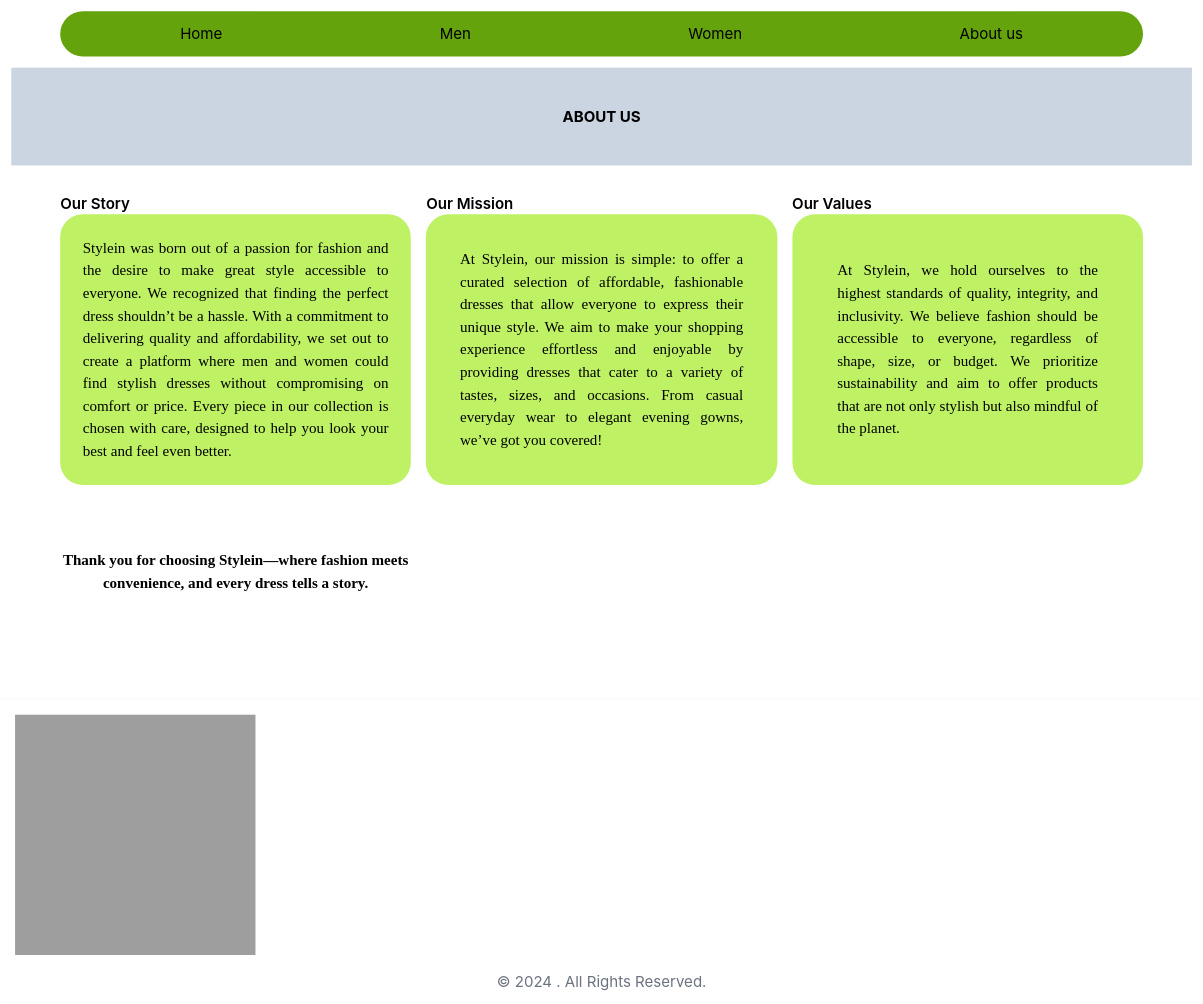
Repository: Mohankkanth/StyleIn_ShoppingSite
Page: /AboutUs
These files come from the project's save history. The page is drawn as it stood at one moment and after the next save; the edit follows.
The browser window is 1280 px wide. The pictures show the whole page, at 94% of full size.
Pictures or frames that could not be fetched are drawn as grey boxes. The project was rebuilt for these pictures with package versions that can differ from the ones it lists, and the page was loaded fresh each time. Also part of the build but not shown: vite.config.js, src/component/Home/Home.jsx, src/component/api/MenProducts.jsx, src/component/Men/Men.jsx, src/component/Women/Women.jsx, src/component/api/KidsProducts.jsx, src/component/Kids/Kids.jsx, src/component/Errorpage/Errorpage.jsx and 18 more.

Above is the page before, as saved 2024-11-23 14:05:53.

After the next save:
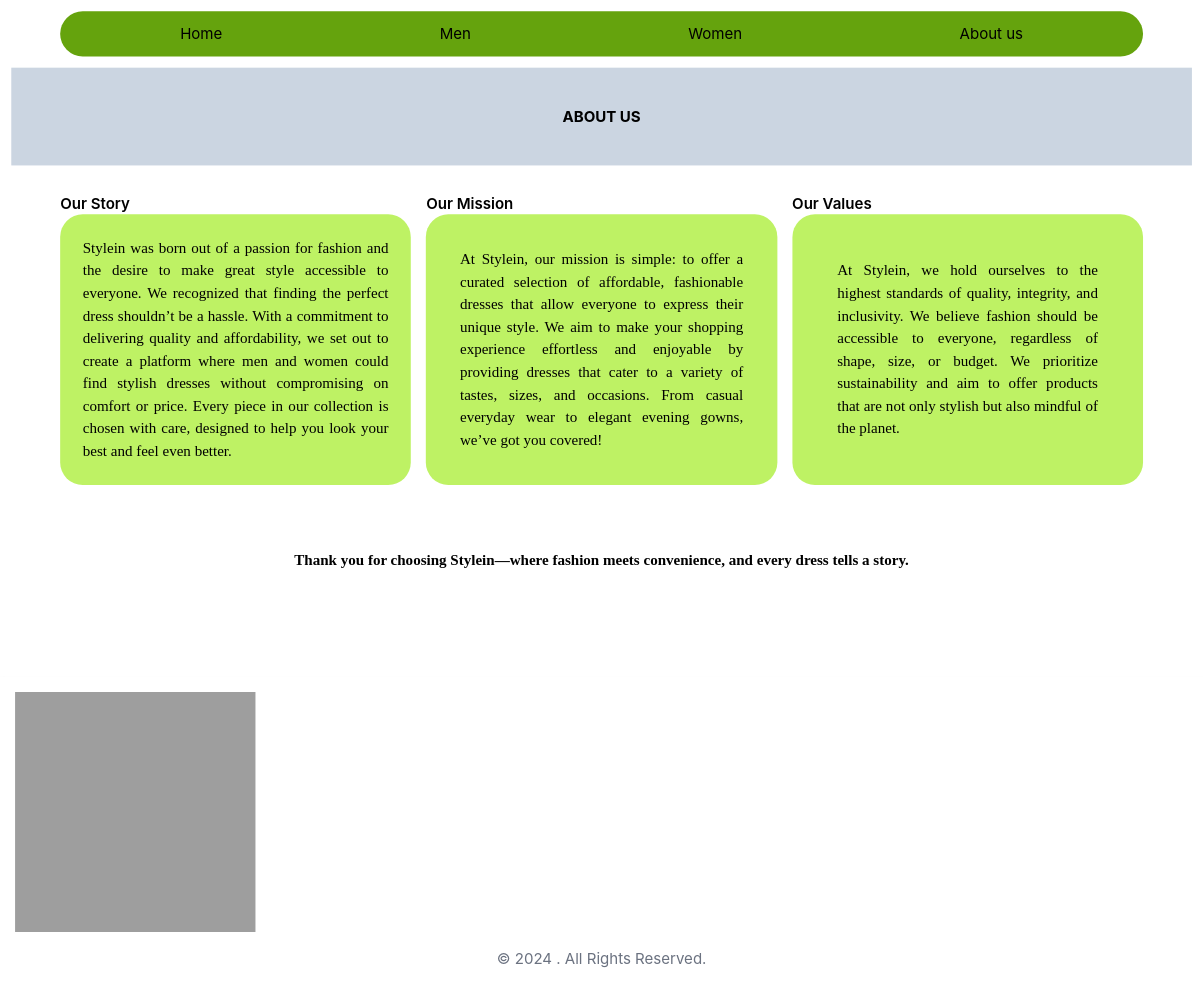
Saved 8 s later.
--- a/src/component/AboutUs/Aboutus.jsx
+++ b/src/component/AboutUs/Aboutus.jsx
@@ -25,7 +25,7 @@
                             At Stylein, we hold ourselves to the highest standards of quality, integrity, and inclusivity. We believe fashion should be accessible to everyone, regardless of shape, size, or budget. We prioritize sustainability and aim to offer products that are not only stylish but also mindful of the planet.</p>
                     </div>
                 </div>
-                <div className=" w-[90%]  mx-auto grid grid-cols-1 md:grid-cols-3 gap-4 mt-7 ">
+                <div className=" w-[90%]  mx-auto grid grid-cols-1 gap-4 mt-7 ">
 
                 <p className='font-bold text-center mt-10 font-[Raleway]'>Thank you for choosing Stylein—where fashion meets convenience, and every dress tells a story.</p>
             </div>
